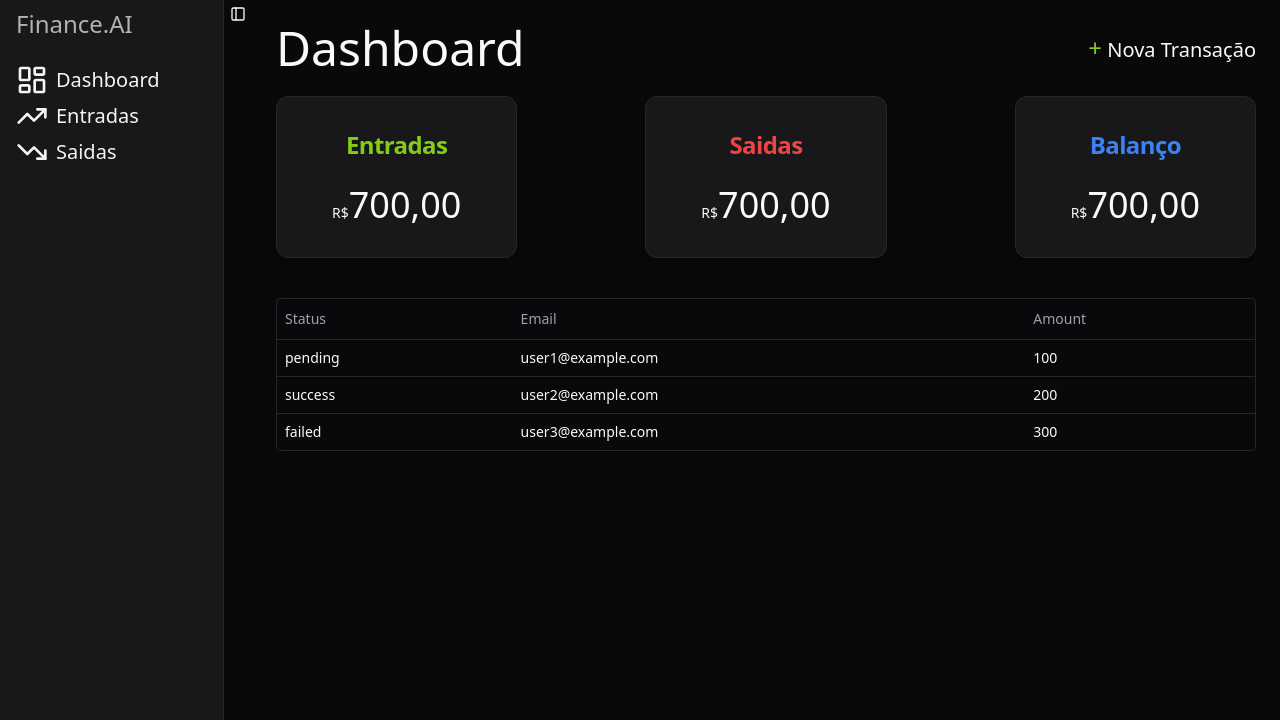
Repository: jvmotadev/web1front
Page: /
These files come from the project's save history. The page is drawn as it stood at one moment and after the next save; the edit follows.
The browser window is 1280 px wide. The pictures show the whole page.
The project was rebuilt for these pictures with package versions that can differ from the ones it lists, and the page was loaded fresh each time. Also part of the build but not shown: vite.config.ts, src/components/ui/input.tsx, src/components/ui/separator.tsx, src/components/ui/sheet.tsx, src/components/ui/skeleton.tsx, src/components/ui/tooltip.tsx, src/components/ui/label.tsx, src/components/ui/tabs.tsx and 8 more.

Above is the page before, as saved 2024-11-16 04:03:43.

After the next save:
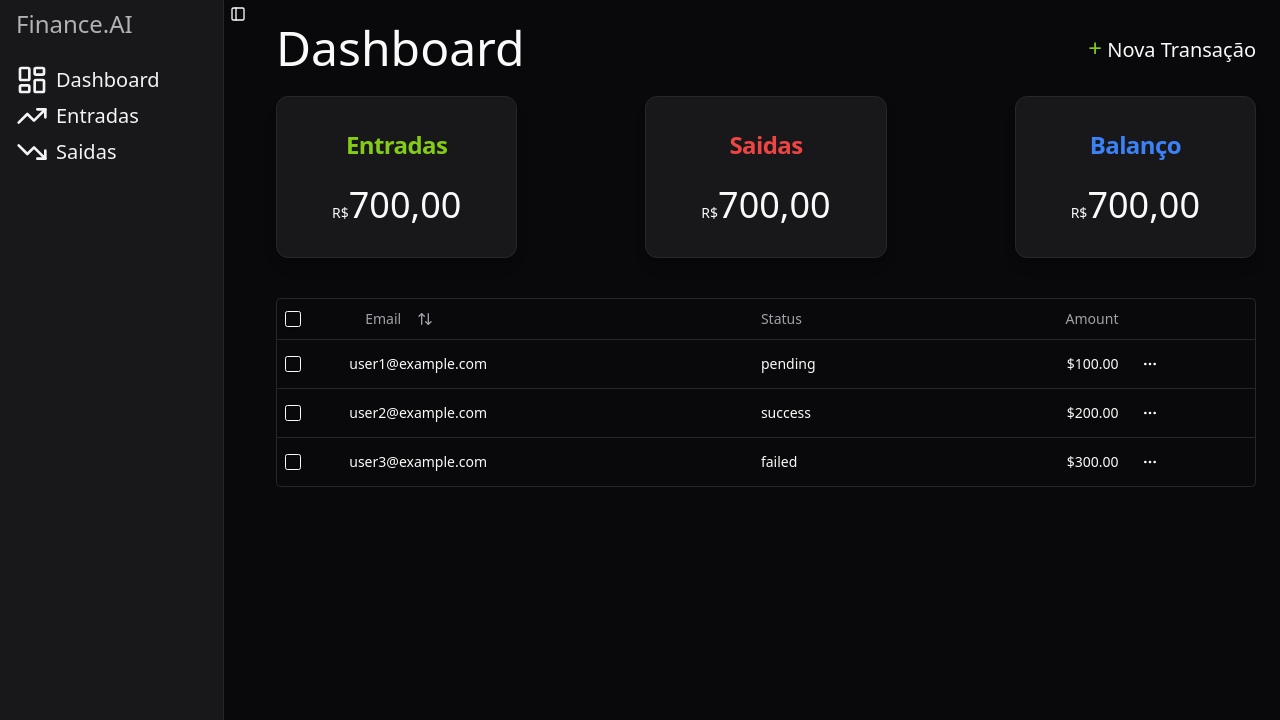
Saved 9 min 25 s later.
--- a/src/app/transaction-list/columns.tsx
+++ b/src/app/transaction-list/columns.tsx
@@ -1,28 +1,102 @@
 "use client";
 
 import { ColumnDef } from "@tanstack/react-table";
+import { Button } from "@/components/ui/button";
+import { MoreHorizontal, ArrowUpDown } from "lucide-react";
+import { Checkbox } from "@/components/ui/checkbox";
+import {
+  DropdownMenu,
+  DropdownMenuContent,
+  DropdownMenuItem,
+  DropdownMenuLabel,
+  DropdownMenuSeparator,
+  DropdownMenuTrigger,
+} from "@/components/ui/dropdown-menu";
 
-// Placeholder for Payment type
 export type Payment = {
-    id: string;
-    amount: number;
-    status: string; // Change "pending" | "processing" | "success" | "failed" to `string` for simplicity
-    email: string;
-  };
+  id: string;
+  amount: number;
+  status: "pending" | "processing" | "success" | "failed";
+  email: string;
+};
 
-
-// Placeholder column definitions
 export const columns: ColumnDef<Payment>[] = [
+  {
+    id: "select",
+    header: ({ table }) => (
+      <Checkbox
+        checked={
+          table.getIsAllPageRowsSelected() ||
+          (table.getIsSomePageRowsSelected() && "indeterminate")
+        }
+        onCheckedChange={(value) => table.toggleAllPageRowsSelected(!!value)}
+        aria-label="Select all"
+      />
+    ),
+    cell: ({ row }) => (
+      <Checkbox
+        checked={row.getIsSelected()}
+        onCheckedChange={(value) => row.toggleSelected(!!value)}
+        aria-label="Select row"
+      />
+    ),
+    enableSorting: false,
+    enableHiding: false,
+  },
+  {
+    accessorKey: "email",
+    header: ({ column }) => (
+      <Button
+        variant="ghost"
+        onClick={() => column.toggleSorting(column.getIsSorted() === "asc")}
+      >
+        Email
+        <ArrowUpDown className="ml-2 h-4 w-4" />
+      </Button>
+    ),
+  },
   {
     accessorKey: "status",
     header: "Status",
   },
   {
-    accessorKey: "email",
-    header: "Email",
+    accessorKey: "amount",
+    header: () => <div className="text-right">Amount</div>,
+    cell: ({ row }) => {
+      const amount = parseFloat(row.getValue("amount"));
+      const formatted = new Intl.NumberFormat("en-US", {
+        style: "currency",
+        currency: "USD",
+      }).format(amount);
+
+      return <div className="text-right font-medium">{formatted}</div>;
+    },
   },
   {
-    accessorKey: "amount",
-    header: "Amount",
+    id: "actions",
+    cell: ({ row }) => {
+      const payment = row.original;
+
+      return (
+        <DropdownMenu>
+          <DropdownMenuTrigger asChild>
+            <Button variant="ghost" className="h-8 w-8 p-0">
+              <span className="sr-only">Open menu</span>
+              <MoreHorizontal className="h-4 w-4" />
+            </Button>
+          </DropdownMenuTrigger>
+          <DropdownMenuContent align="end">
+            <DropdownMenuLabel>Actions</DropdownMenuLabel>
+            <DropdownMenuItem
+              onClick={() => navigator.clipboard.writeText(payment.id)}
+            >
+              Copy Payment ID
+            </DropdownMenuItem>
+            <DropdownMenuSeparator />
+            <DropdownMenuItem>View Payment</DropdownMenuItem>
+          </DropdownMenuContent>
+        </DropdownMenu>
+      );
+    },
   },
 ];
